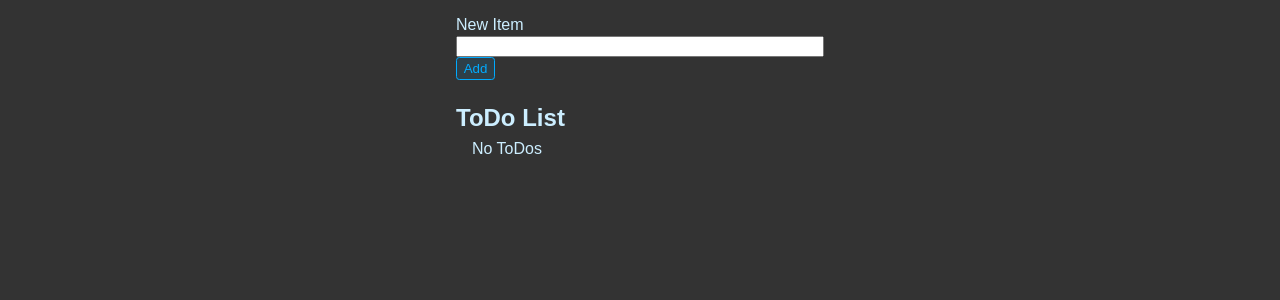
Repository: kemsig/CSFE24
Page: / (app in Week3- Todo/)
An editor plug-in stored every save of this project. The page is shown before and after the next save, followed by the edit.
The browser window is 1280 px wide. The pictures show the whole page.
The project was rebuilt for these pictures with package versions that can differ from the ones it lists, and the page was loaded fresh each time. Also part of the build but not shown: Week3- Todo/vite.config.js.

Above is the page before, as saved 2024-03-07 22:41:11.

After the next save:
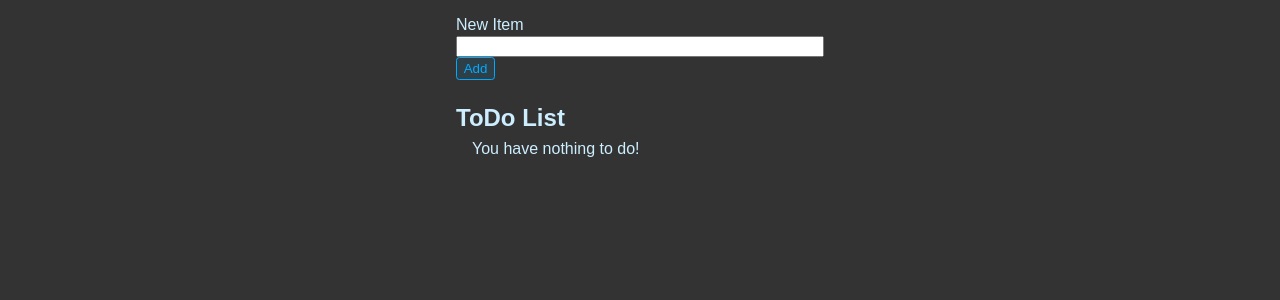
Saved 7 s later.
--- a/Week3- Todo/src/App.jsx
+++ b/Week3- Todo/src/App.jsx
@@ -54,7 +54,7 @@ export default function App(){
 
   <h1 className="header">ToDo List</h1>
   <u1 className="list">
-    {todos.length === 0 && "No ToDos"}
+    {todos.length === 0 && "You have nothing to do!"}
     {todos.map(todo => {
       return (
         <li key={todo.id}>
